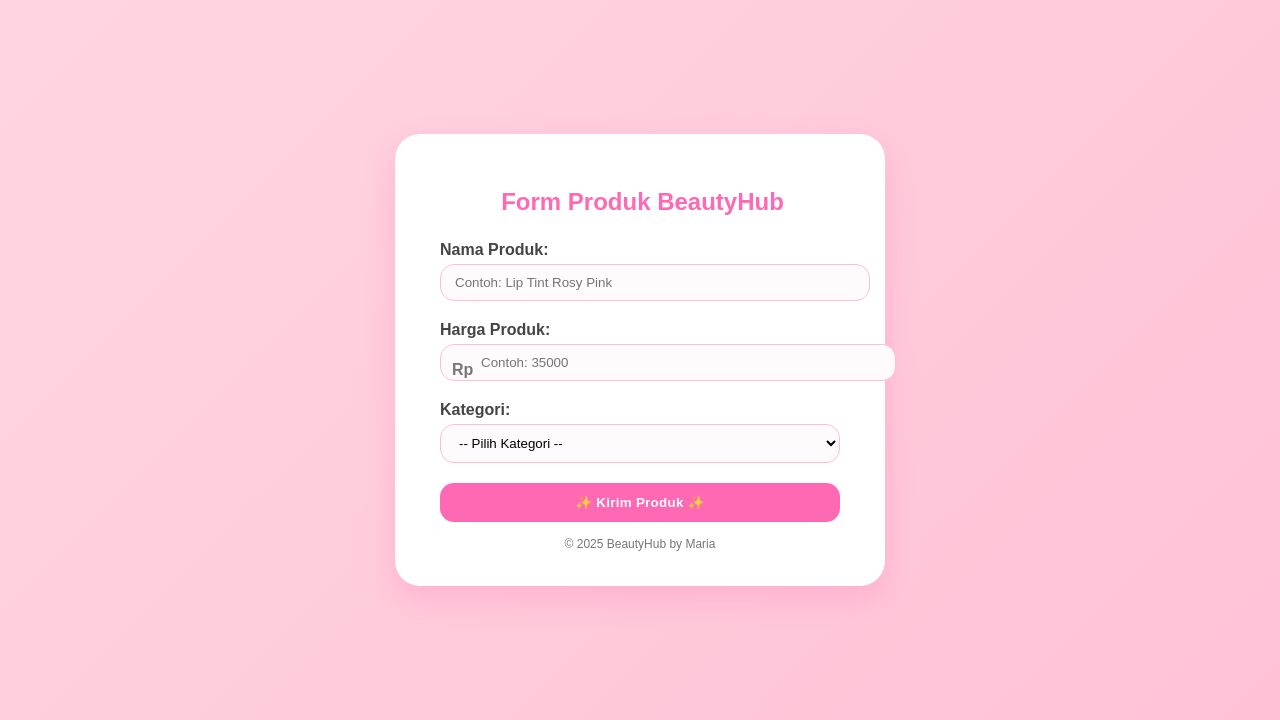
Repository: Bearli-py/latihan_laravel
Page: http://localhost/form-produk
An editor plug-in stored every save of this project. The page is shown before and after a run of saves, followed by the edit.
The browser window is 1280 px wide. The pictures show the whole page.
Some web fonts or font styles are not loaded; a fallback is used. The page is served by the project's Laravel application, run on PHP 8.4 with Laravel 10.

Above is the page before, as saved 2025-10-22 14:58:47.

After the next 3 saves:
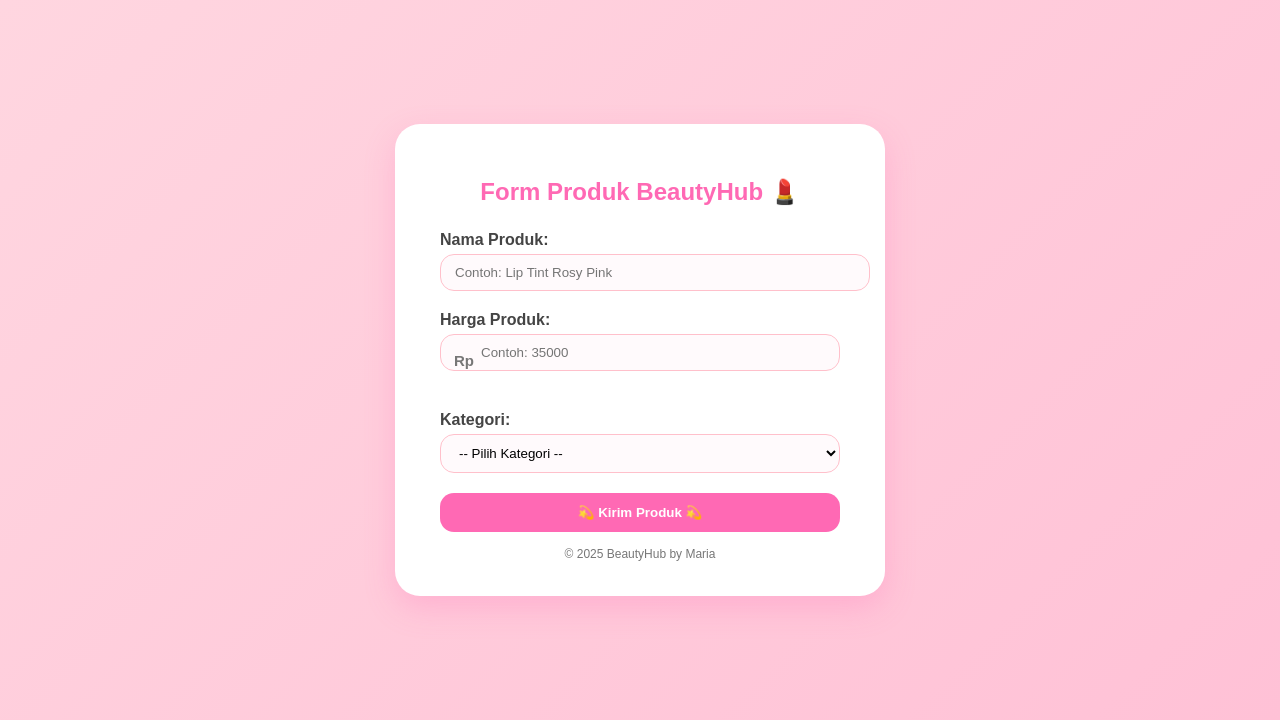
The 3 saves are shown as one change because they came seconds apart.
The last was saved 4 min 2 s later.
--- a/resources/views/form-produk.blade.php
+++ b/resources/views/form-produk.blade.php
@@ -3,8 +3,7 @@
 <head>
     <meta charset="UTF-8">
     <meta name="viewport" content="width=device-width, initial-scale=1.0">
-    <title>Form Produk Cantik</title>
-    <!-- Font aesthetic -->
+    <title>Form Produk BeautyHub</title>
     <link href="https://fonts.googleapis.com/css2?family=Quicksand:wght@400;500;600;700&display=swap" rel="stylesheet">
 
     <style>
@@ -24,12 +23,6 @@
             padding: 35px 45px;
             border-radius: 25px;
             box-shadow: 0 12px 30px rgba(255, 105, 180, 0.25);
-            transition: 0.3s;
-        }
-
-        .form-container:hover {
-            transform: translateY(-3px);
-            box-shadow: 0 15px 35px rgba(255, 105, 180, 0.35);
         }
 
         h2 {
@@ -54,7 +47,6 @@
             outline: none;
             transition: all 0.3s ease;
             background-color: #fffafc;
-            font-family: 'Quicksand', sans-serif;
         }
 
         input:focus, select:focus {
@@ -62,22 +54,26 @@
             box-shadow: 0 0 6px rgba(255, 105, 180, 0.5);
         }
 
-        /* styling khusus buat input harga */
+        /* fix input harga */
         .input-rupiah {
             position: relative;
+            margin-bottom: 20px;
         }
 
         .input-rupiah span {
             position: absolute;
             top: 50%;
-            left: 12px;
+            left: 14px;
             transform: translateY(-50%);
             color: #777;
             font-weight: 600;
+            font-size: 15px;
         }
 
         .input-rupiah input {
-            padding-left: 40px; /* biar ga nabrak Rp */
+            width: 100%;
+            padding-left: 40px;
+            box-sizing: border-box;
         }
 
         button {
@@ -90,8 +86,6 @@
             border-radius: 14px;
             cursor: pointer;
             transition: 0.3s;
-            font-family: 'Quicksand', sans-serif;
-            letter-spacing: 0.3px;
         }
 
         button:hover {
@@ -114,7 +108,7 @@
 </head>
 <body>
     <div class="form-container">
-        <h2><span class="emoji"></span>Form Produk BeautyHub</h2>
+        <h2>Form Produk BeautyHub 💄</h2>
         <form action="/kirim-produk" method="POST">
             @csrf
             <label for="nama">Nama Produk:</label>
@@ -136,7 +130,7 @@
                 <option value="Fashion">Fashion</option>
             </select>
 
-            <button type="submit">✨ Kirim Produk ✨</button>
+            <button type="submit">💫 Kirim Produk 💫</button>
         </form>
         <footer>© 2025 BeautyHub by Maria</footer>
     </div>
